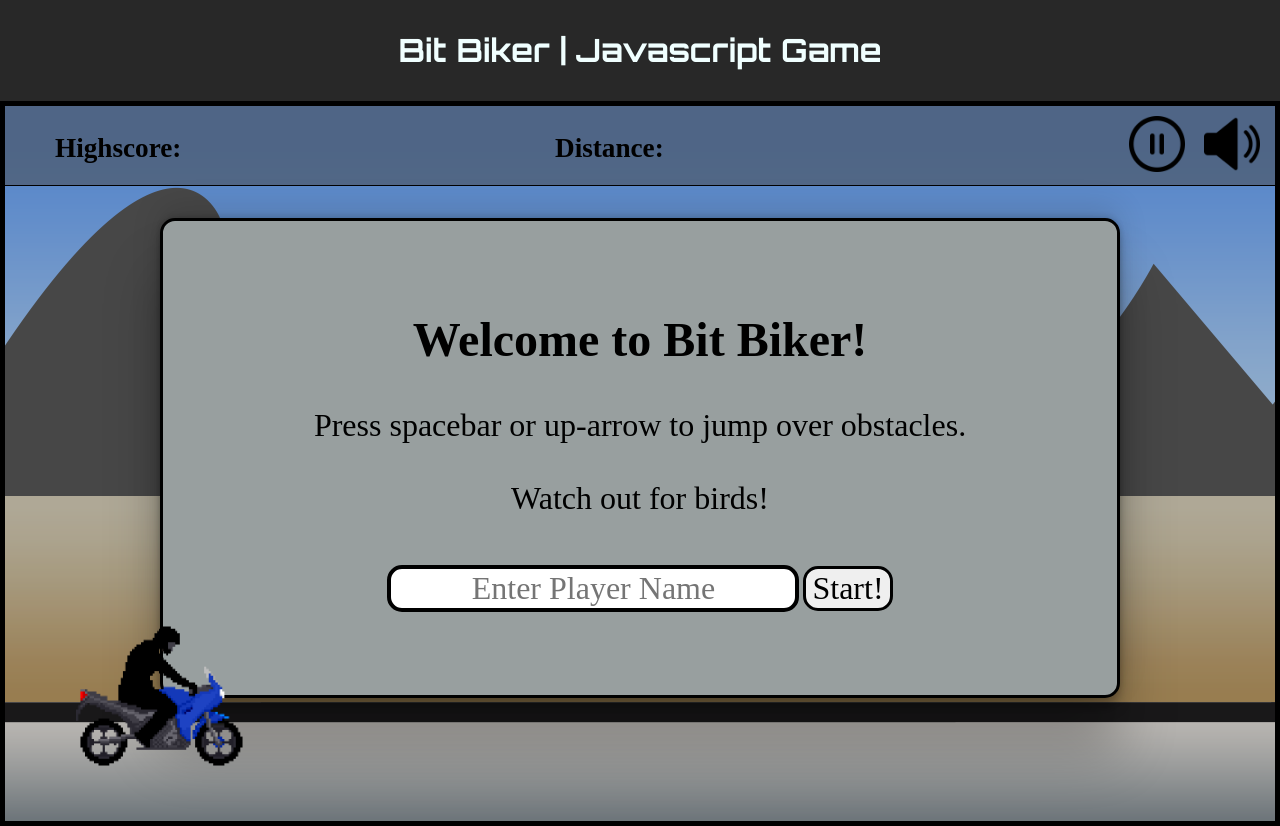
Repository: jellymel0n/bit-biker
Page: index.html
The author's editor kept a copy of each file at every save. The page is drawn from the files as they stood at one save, then again after the next save.
The browser window is 1280 px wide. The pictures show the whole page.

Above is the page before, as saved 2021-07-18 18:59:05.

### index.html
<!DOCTYPE html>
<html lang="en">
<head>
    <meta charset="UTF-8">
    <meta http-equiv="X-UA-Compatible" content="IE=edge">
    <meta name="viewport" content="width=device-width, initial-scale=1.0">
    <!-- Google Fonts -->
    <link rel="preconnect" href="https://fonts.googleapis.com">
    <link rel="preconnect" href="https://fonts.gstatic.com" crossorigin>
    <link href="https://fonts.googleapis.com/css2?family=Orbitron:wght@400;700&display=swap" rel="stylesheet">
    <!-- CSS reset/normalize -->
    <link rel="stylesheet" href="styles/normalize-fwd.css">
    <!-- Local CSS -->
    <link rel="stylesheet" href="styles/styles.css">
    <title>Bit Biker | Javascript Game</title>
</head>
<body>
    <h1>Bit Biker | Javascript Game</h1>

    <main id="game-board">
        <div id="song">
            <audio id='song-playback' currentTime=''>
                <source src="assets/music/run-song.mp3" type="audio/mp3" />
                Your browser does not support audio playback.
            </audio>
        </div>
        <!-- Game board header -->
        <div id='game-header'>
            <div class="highscore-container">
                <p id='highscore-text'>Highscore:   </p>
                <p id="highScore-get"></p>
            </div>

            <div class="distance-container">
            <p id='distance-text'>Distance:   </p>
            <p id="distance-num"></p>
            </div>

            <div id='btn-pause'>
                <img src="assets/graphics/icons/pause.png" alt="pause button, circle around a pause icon">
            </div>
            <div id='btn-volume'>
                <img src="assets/graphics/icons/volume.png" alt="volume button, speaker icon">
            </div>
            <div id="btn-mute">
                <img src='assets/graphics/icons/mute.png' alt='mute button, speaker icon crossed out'>
            </div>
        </div>
        <!-- End of game board header -->

        <!-- Splash screen - intro -->
        <div id='splash-screen'>
            <h2 id='splash-header'>Welcome to Bit Biker!</h2>
            <p id='splash-text'>Press spacebar or up-arrow to jump over obstacles.<br><br>Watch out for birds!</p>

            <div id="splashInput">
                <input id='player-name' type='text' placeholder='Enter Player Name' required>
                <button id='savePlayer'>Start!</button>
            </div>
        </div>
        <!-- End of splash screen -->

        <!-- Pause Screen -->
        <div id="pause-screen">
            <h2>Game Paused</h2>
            <p id='pause-text'>
                To get gameplay instructions click the "Help" button<br>
                To quit the game and go back to the splash screen click "Quit".<br>
                To go back to the game, click "X" in the top corner.</p>
            <div id="pause-close">
                <img src="assets/graphics/icons/remove.png" alt="Close icon, an X with a circle around it.">
            </div>
            <div id="pause-btns">
                <div id="help-btn">
                    <p id="help-btn-text">Help</p>
                </div>
                <div id="quit-btn">
                    <p id="quit-text">Quit</p>
                </div>
            </div>
        </div>
        <!-- End of Pause Screen -->

        <!-- Help Screen -->
        <div id="help-screen">
            <h2>Gameplay Instructions</h2>
            <p id='help-text'>
                Press the spacebar to jump, hold to jump higher.
                <br>
                Avoid obstacles in the road as well as birds flying above.<br>
                Rocks cannot hurt you, only spiked blocks and birds can.
                <br>
                To mute, click the speaker icon in the top corner.
            </p>
            <div id="help-btns">
                <div id="resume-btn">
                    <p>Resume</p>
                </div>
                <div id="help-quit-btn">
                    <p id="quit-text">Quit</p>
                </div>
            </div>
        </div>
        <!-- End of Help Screen -->

        <!-- Game Over Screen -->
        <div id="gOver-screen">
            <h2>Game Over!</h2>
            <p id='gOver-text'>
                That's the way of the road. Try again.
                <br><br>
            </p>
            <p id='gOver-distance'></p>
            <p id="highscoreCheck"></p>
            <div id="gOver-btns">
                <div id="play-again-btn">
                    <p>Play Again</p>
                </div>
                <div id="gOver-quit-btn">
                    <p id="quit-text">Quit</p>
                </div>
            </div>
        </div>

        <!-- End of Game Over Screen -->

        <!-- Game Complete Screen -->
        <div id="complete-screen">
            <h2>Congratulations!</h2>
            <p id='complete-text'>
                You've traversed the deadliest road.
                <br><br>
            </p>
            <p id='complete-distance'></p>
            <p id="completeHSCheck"></p>
            <div id="complete-btns">
                <div id="complete-play-again-btn">
                    <p>Play Again</p>
                </div>
                <div id="complete-quit-btn">
                    <p id="quit-text">Quit</p>
                </div>
            </div>
        </div>

        <!-- End of Game Complete Screen -->

    </main>

<!-- jQuery CDN script-->
<script src="https://code.jquery.com/jquery-3.6.0.min.js" integrity="sha256-/xUj+3OJU5yExlq6GSYGSHk7tPXikynS7ogEvDej/m4=" crossorigin="anonymous"></script>
<!-- Local JS script -->
<script src='scripts/script.js'></script>
</body>
</html>

### styles/styles.css
body {
    background-color: rgb(40, 40, 40);
}

h1 {
    font-family: 'Orbitron', sans-serif;
    color: azure;
    text-align: center;
    margin: 2rem auto;
}

#game-board {
    width: 80rem;
    height: 725px;
    border: 5px solid black;
    /* border-radius: 10%; */
    margin: 0 auto;
    position: relative;
    overflow: hidden;
}

/* Game board header */
div#game-header {
    display: flex;
    justify-content: space-around;
    width: 100%;
    height: 5rem;
    background-color: rgba(1, 255, 255, 0.297);
    background-color: rgba(74, 74, 74, 0.523);
    border-bottom: 1px solid black;

}

#highscore-text,
#distance-text,
#distance-num,
#highScore-get {
    position: absolute;
}

#highscore-text {
    font-size: 1.7rem;
    left: 50px;
    font-weight: bold;
}

#distance-text {
    font-size: 1.7rem;
    left: 550px;
    font-weight: bold;
}

#distance-num {
    font-size: 1.7rem;
    left: 660px;
    top: 1px;
    font-weight: bold;
}

#highScore-get {
    font-size: 1.7rem;
    left: 178px;
    font-weight: bold;
}



#btn-pause img {
    position: absolute;
    width: 3.5rem;
    right: 90px;
    top: 10px;
}

#btn-pause img:hover {
    transform: scale(1.1);
    cursor: pointer;
}

#btn-volume img,
#btn-mute img {
    position: absolute;
    width: 3.5rem;
    right: 15px;
    top: 10px;
}

#btn-volume img:hover,
#btn-mute img:hover  {
    transform: scale(1.1);
    cursor: pointer;
}

#btn-mute {
    display: none;
}

/* end of game board header */

/* Splash screen styles */
#splash-screen {
    width: 60rem;
    height: 30rem;
    z-index: 5;
    margin: 2rem auto;
    border: 3px solid black;
    border-radius: 15px;
    align-content: center;
    background-color: rgb(152, 159, 159);
    box-shadow: rgba(0, 0, 0, 0.25) 0px 54px 55px, rgba(0, 0, 0, 0.12) 0px -12px 30px, rgba(0, 0, 0, 0.12) 0px 4px 6px, rgba(0, 0, 0, 0.17) 0px 12px 13px, rgba(0, 0, 0, 0.09) 0px -3px 5px;
}

#splash-screen h2 {
    text-align: center;
    font-size: 3rem;
}

#splash-text {
    text-align: center;
    font-size: 2rem;
    margin: 0 1rem;
}

#splashInput {
    text-align: center;
    margin-top: 3rem;
}

input[type=text] {
    border: 4px solid black;
    border-radius: 15px;
    font-size: 2rem;
    margin: 0 auto 2rem auto;
    text-align: center;
}

button#savePlayer {
    font-size: 2rem;
    color: black;
    border: 3px solid black;
    border-radius: 15px;
}

button#savePlayer:hover {
    transform: scale(1.1);
    cursor: pointer;
}
/* End of splash screen styles */

/* Pause and Help screen styles */

#pause-screen,
#help-screen,
#gOver-screen,
#complete-screen {
    display: none;
    position: relative;
    z-index: 3;
    width: 60rem;
    height: 30rem;
    margin: 2rem auto;
    border: 3px solid black;
    border-radius: 15px;
    align-content: center;
    background-color: rgb(152, 159, 159);
    box-shadow: rgba(0, 0, 0, 0.25) 0px 54px 55px, rgba(0, 0, 0, 0.12) 0px -12px 30px, rgba(0, 0, 0, 0.12) 0px 4px 6px, rgba(0, 0, 0, 0.17) 0px 12px 13px, rgba(0, 0, 0, 0.09) 0px -3px 5px;
}

#pause-screen h2,
#help-screen h2,
#gOver-screen h2,
#complete-screen h2 {
    text-align: center;
    font-size: 3rem;
}

#pause-text,
#help-text,
#gOver-text,
#gOver-distance,
#highscoreCheck,
#complete-text,
#complete-distance,
#completeHSCheck {
    text-align: center;
    font-size: 2rem;
    margin: 0 1rem;
}

#pause-close img {
    position: absolute;
    width: 3.5rem;
    left: 15px;
    top: 15px;
}

#pause-close img:hover {
    transform: scale(1.1);
    cursor: pointer;
}

#pause-btns,
#help-btns,
#gOver-btns,
#complete-btns{
    display: flex;
    justify-content:center;
    margin-top: 3.6rem;
}

#help-btn,
#quit-btn,
#resume-btn,
#help-quit-btn,
#play-again-btn,
#gOver-quit-btn,
#complete-play-again-btn,
#complete-quit-btn {
    border: solid 3px black;
    text-align: center;
    width: 17%;
    border-radius: 10px;
    /* height: 4rem; */
    font-size: 2rem;
    vertical-align: middle;
    font-weight: bold;
    margin: 0 3rem 0 3rem;
}

#help-btn:hover,
#quit-btn:hover,
#resume-btn:hover,
#help-quit-btn:hover,
#play-again-btn:hover,
#gOver-quit-btn:hover,
#complete-quit-btn:hover,
#complete-play-again-btn:hover {
    transform: scale(1.1);
    cursor: pointer;
    background-color: black;
    color: azure;
}

/* End of Screen Styles */

/* Game Objects */
.player {
    position: absolute;
    background-size: contain;
    transform-origin: center center;
}

.obstacle {
    position: absolute;
    background-size: contain;
}

.bg-layer {
    position: absolute;
}

.bg-prop {
    position: absolute;
    background-size: contain;
}

Loaded but not shown: styles/normalize-fwd.css (library); scripts/script.js (750 lines, source omitted)

After the next save:
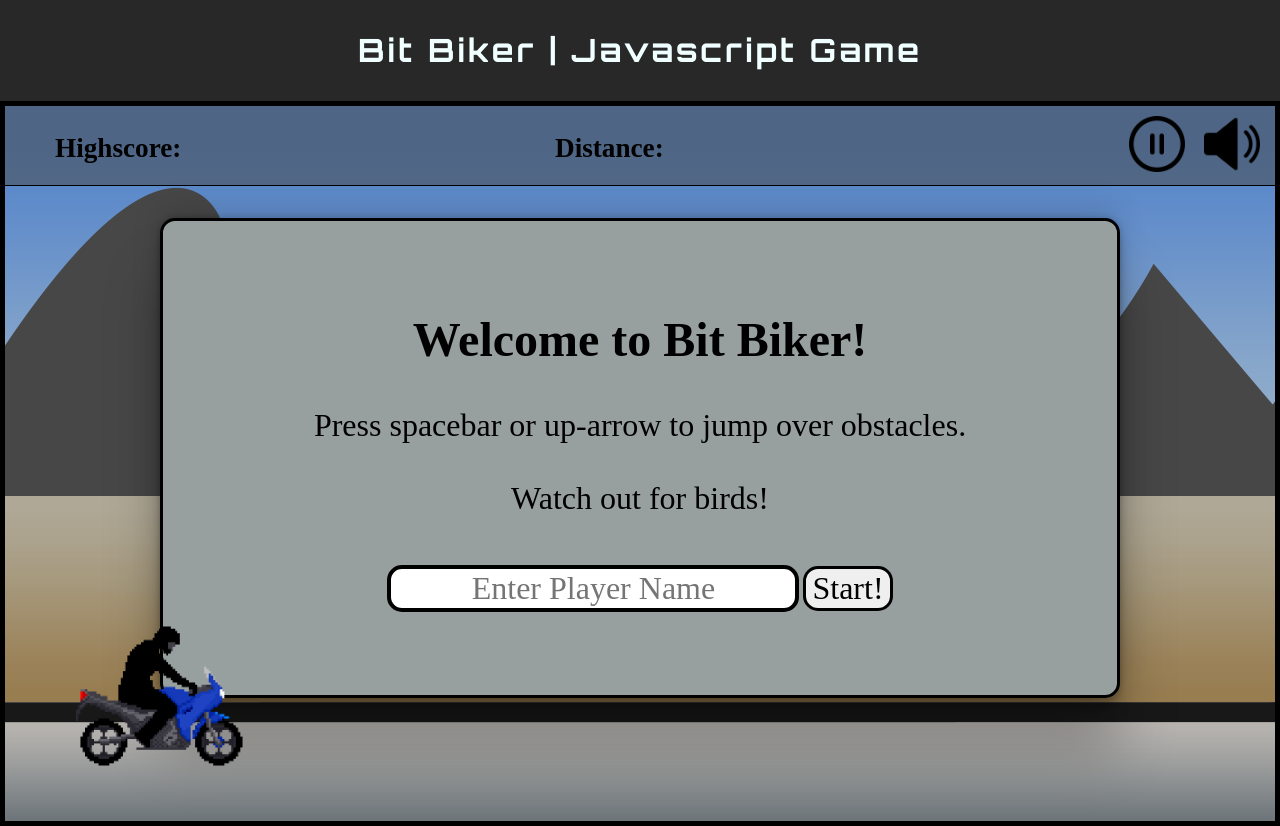
Saved 4 min 29 s later.
--- a/styles/styles.css
+++ b/styles/styles.css
@@ -7,6 +7,7 @@ h1 {
     color: azure;
     text-align: center;
     margin: 2rem auto;
+    letter-spacing: 3px;
 }
 
 #game-board {
